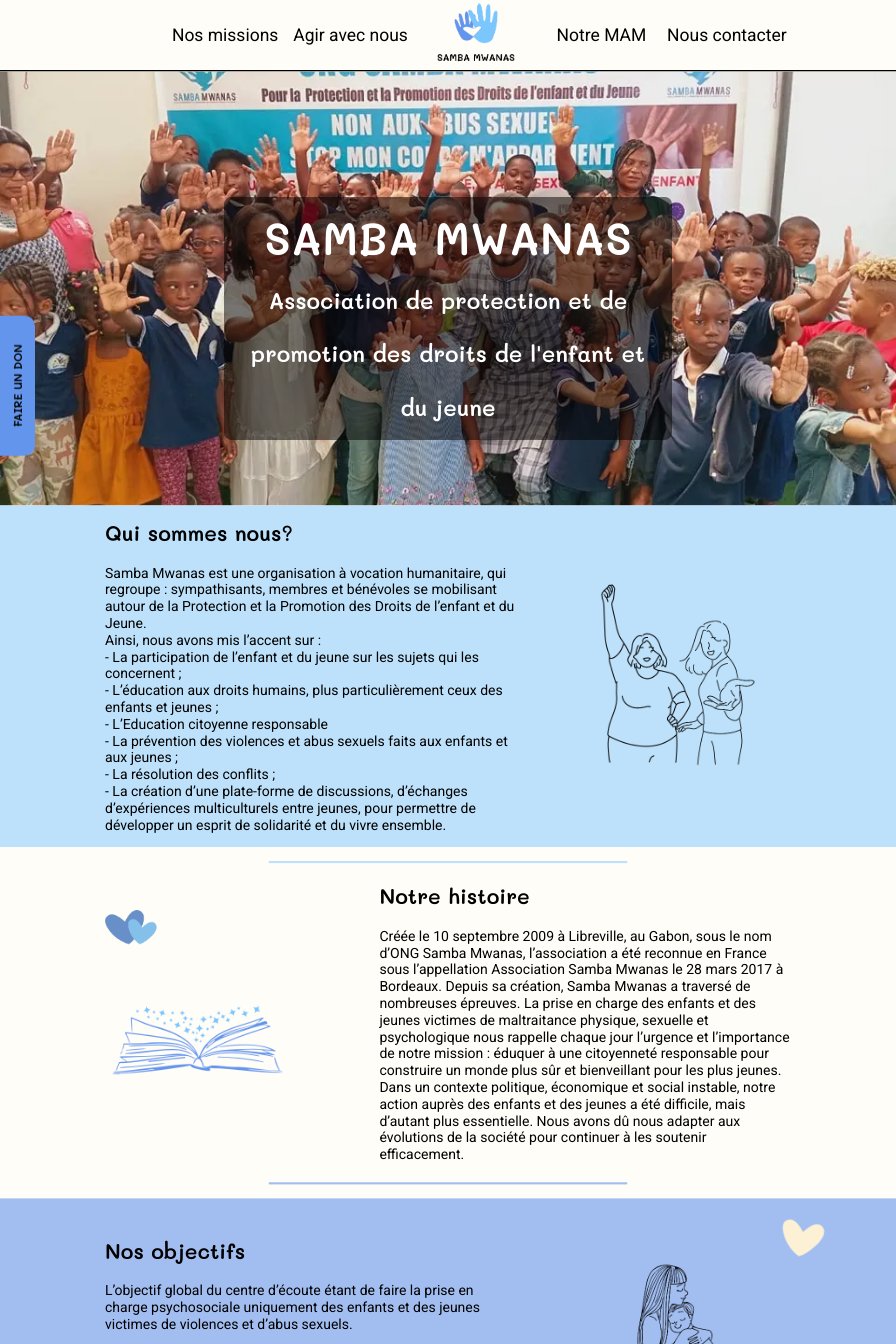
Repository: Danie-lDasilva/Samba-Mwanas
Page: index.html
An editor plug-in stored every save of this project. The page is shown before and after the next save, followed by the edit.
The browser window is 1280 px wide. The pictures show the part of the page from y = 0 to 1920 px (the page is 3440 px tall), at 70% of full size.

Above is the page before, as saved 2025-03-06 19:40:01.

After the next save:
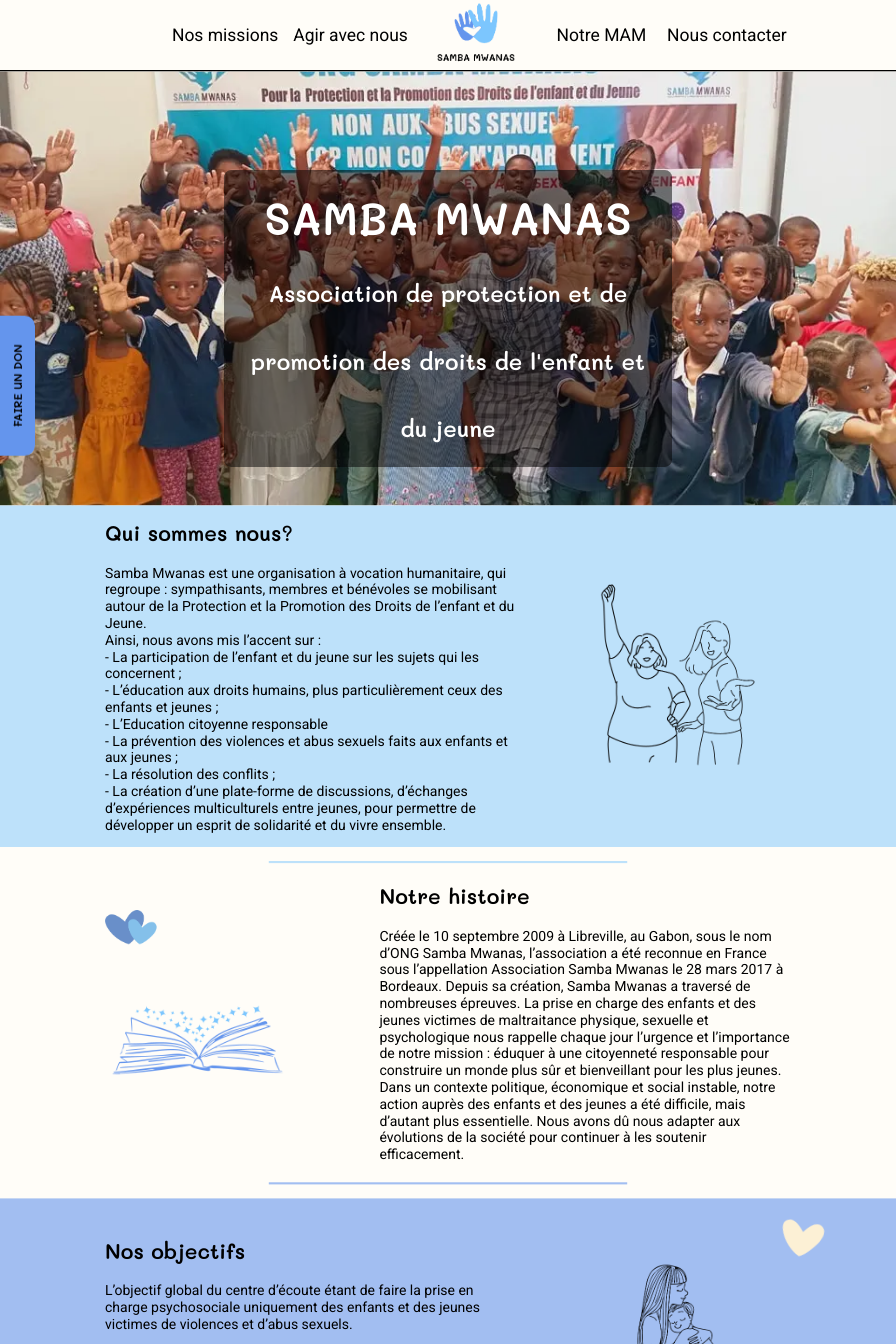
Saved 39 s later.
--- a/assets/css/style.css
+++ b/assets/css/style.css
@@ -147,7 +147,7 @@
     font-weight: 600;
     font-style: normal;
     font-size: 4em; /* Taille de la police */
-    line-height: 1.2; /* Réduction de l'espacement entre les lignes */
+    line-height: 1.5; /* Réduction de l'espacement entre les lignes */
     background-color: rgba(0, 0, 0, 0.5); /* Ajout d'un fond semi-transparent pour une meilleure lisibilité */
 }
 
